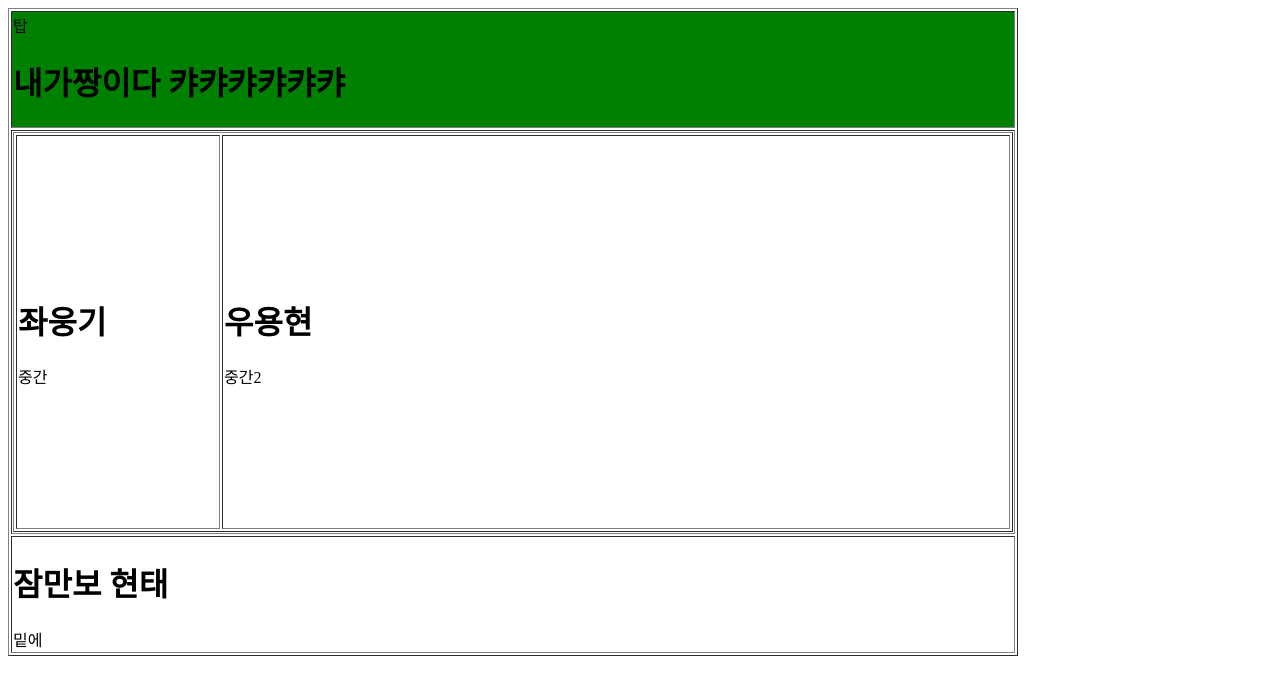
Repository: ikobean/ikoebean
Page: http://localhost/dev_jsp/ch07/index.jsp
The author's editor kept a copy of each file at every save. The page is drawn from the files as they stood at one save, then again after the next save.
The browser window is 1280 px wide. The pictures show the whole page.
The page is served by Tomcat 9. Other server files are loaded and not shown.

Above is the page before, as saved 2019-07-17 02:05:30.

### workspace_jsp/dev_jsp/WebContent/ch07/index.jsp
<%@ page language="java" contentType="text/html; charset=UTF-8"
    pageEncoding="UTF-8"%>
<!DOCTYPE html>
<html>
<head>
<meta charset="UTF-8">
<title>Insert title here</title>
</head>
<body>
<table border=1 width="1000" height="500">
<!-- top 영억 -->
	<tr>
	<td height="50" bgcolor=green>
	탑
	<jsp:include page="top.jsp" flush="false"/></td>
	</tr>
<!-- body 영억 -->
	<tr>
		<td>
			<table border=1 width="1000" height="400">
				<tr>
<!-- menu 영억 -->
					<td width="200" >
					<jsp:include page="menu.jsp" flush="false"/>
						중간
					</td>
<!-- main 영억 -->
					<td>
					<jsp:include page="main.jsp" flush="false"/>
						중간2
					</td>
				</tr>

			</table>
		</td>
	</tr>
<!-- bottom 영억 -->
	<tr>
		<td height="50">
		<jsp:include page="bottom.jsp" flush="false"/>
		밑에
		</td>
	</tr>
</table>
</body>
</html>

### workspace_jsp/dev_jsp/WebContent/ch07/top.jsp
<%@ page language="java" contentType="text/html; charset=UTF-8"
    pageEncoding="UTF-8"%>
<!DOCTYPE html>
<html>
<head>
<meta charset="UTF-8">
<title>Insert title here</title>
</head>
<body>
<h1>내가짱이다 캬캬캬캬캬캬</h1>
</body>
</html>

### workspace_jsp/dev_jsp/WebContent/ch07/menu.jsp
<%@ page language="java" contentType="text/html; charset=UTF-8"
    pageEncoding="UTF-8"%>
<!DOCTYPE html>
<html>
<head>
<meta charset="UTF-8">
<title>Insert title here</title>
</head>
<body>
<h1>좌웅기</h1>
</body>
</html>

### workspace_jsp/dev_jsp/WebContent/ch07/main.jsp
<%@ page language="java" contentType="text/html; charset=UTF-8"
    pageEncoding="UTF-8"%>
<!DOCTYPE html>
<html>
<head>
<meta charset="UTF-8">
<title>Insert title here</title>
</head>
<body>
<h1>우용현</h1>

</body>
</html>

### workspace_jsp/dev_jsp/WebContent/ch07/bottom.jsp
<%@ page language="java" contentType="text/html; charset=UTF-8"
    pageEncoding="UTF-8"%>
<!DOCTYPE html>
<html>
<head>
<meta charset="UTF-8">
<title>Insert title here</title>
</head>
<body>
<h1>잠만보 현태</h1>

</body>
</html>

After the next save:
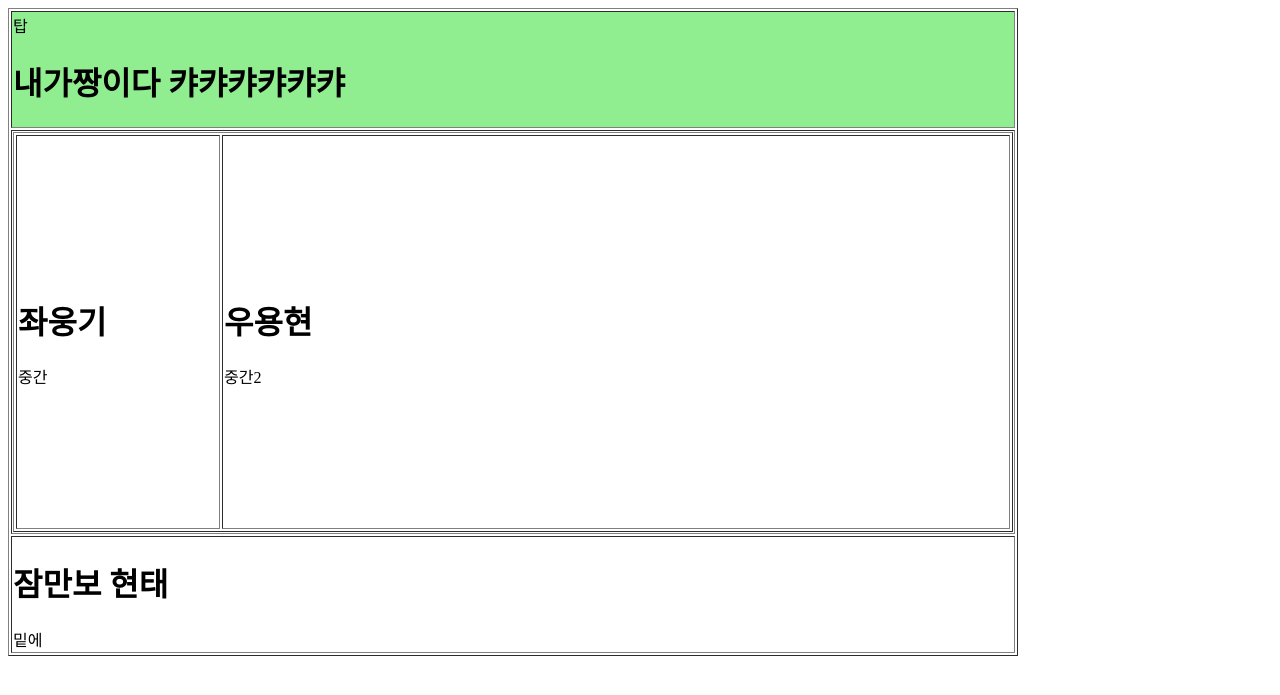
Saved 13 s later.
--- a/workspace_jsp/dev_jsp/WebContent/ch07/index.jsp
+++ b/workspace_jsp/dev_jsp/WebContent/ch07/index.jsp
@@ -10,7 +10,7 @@
 <table border=1 width="1000" height="500">
 <!-- top 영억 -->
 	<tr>
-	<td height="50" bgcolor=green>
+	<td height="50" bgcolor=lightgreen>
 	탑
 	<jsp:include page="top.jsp" flush="false"/></td>
 	</tr>
